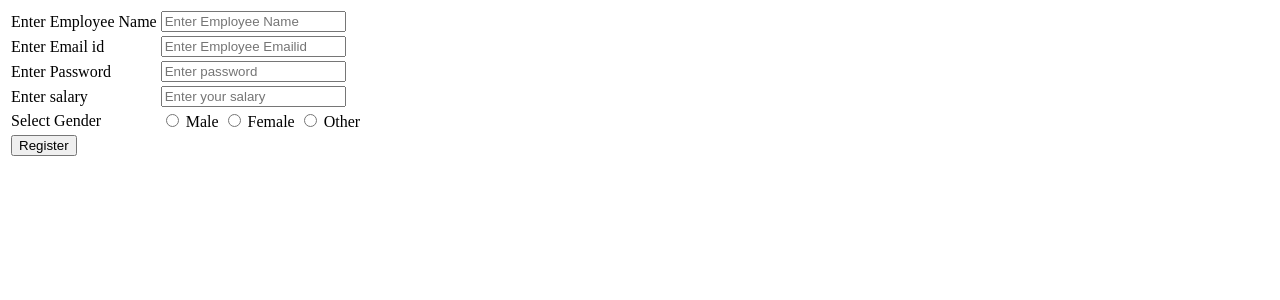
Repository: Ranjith-Kondra/FSD57_MODULE3
Page: AdvJava/WorkSpace2/EmpWebApp/WebContent/Register.html
The author's editor kept a copy of each file at every save. The page is drawn from the files as they stood at one save, then again after the next save.
The browser window is 1280 px wide. The pictures show the whole page.

Above is the page before, as saved 2024-01-05 10:06:10.

### AdvJava/WorkSpace2/EmpWebApp/WebContent/Register.html
<!DOCTYPE html>
<html>
<head>
<meta charset="ISO-8859-1">
<title>Register page</title>
</head>
<body>

<form action="RegisterServlet" method ="post">
<table>
  <tr>
        <td>Enter Employee Name</td>
        <td><input type = "text" name = "EmployeeName" placeholder = "Enter Employee Name"/></td>
      </tr>
   <tr>
            <td>Enter Email id</td>
            <td><input type="text" name="EmployeeEmailid" placeholder="Enter Employee Emailid" /></td>
        </tr>

        <tr>
            <td>Enter Password</td>
            <td><input type="password" name="Password" placeholder="Enter password" /></td>
        </tr>

        <tr>
            <td>Enter salary</td>
            <td><input type="number" name="salary" placeholder="Enter your salary" /></td>
        </tr>

        <tr>
            <td>Select Gender</td>
            <td>
                <label><input type="radio" name="Gender" value="Male"> Male</label>
                <label><input type="radio" name="Gender" value="Female"> Female</label>
                <label><input type="radio" name="Gender" value="Other"> Other</label>
            </td>
        </tr>

        <tr>
            <td><button type="submit">Register</button></td>
        </tr>

</table>
</form>
</body>
</html>

After the next save:
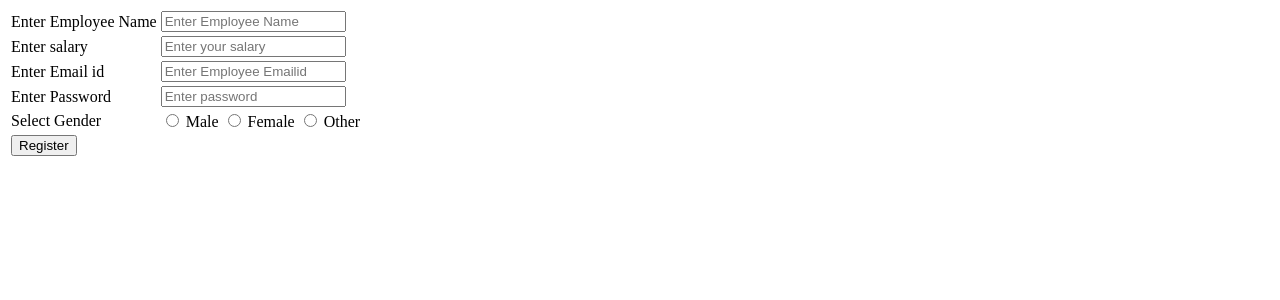
Saved 8 min 12 s later.
--- a/AdvJava/WorkSpace2/EmpWebApp/WebContent/Register.html
+++ b/AdvJava/WorkSpace2/EmpWebApp/WebContent/Register.html
@@ -12,6 +12,10 @@
         <td>Enter Employee Name</td>
         <td><input type = "text" name = "EmployeeName" placeholder = "Enter Employee Name"/></td>
       </tr>
+      <tr>
+            <td>Enter salary</td>
+            <td><input type="number" name="salary" placeholder="Enter your salary" /></td>
+        </tr>
    <tr>
             <td>Enter Email id</td>
             <td><input type="text" name="EmployeeEmailid" placeholder="Enter Employee Emailid" /></td>
@@ -22,10 +26,7 @@
             <td><input type="password" name="Password" placeholder="Enter password" /></td>
         </tr>
 
-        <tr>
-            <td>Enter salary</td>
-            <td><input type="number" name="salary" placeholder="Enter your salary" /></td>
-        </tr>
+
 
         <tr>
             <td>Select Gender</td>
